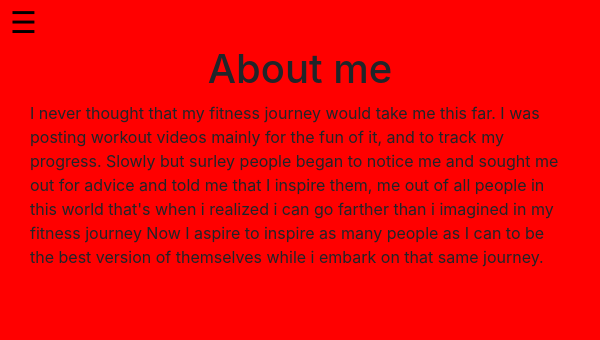
Repository: mamadont/MamadouFitnessWebsite
Page: pages-html/about-me.html
The author's editor kept a copy of each file at every save. The page is drawn from the files as they stood at one save, then again after the next save.
The browser window is 600 px wide. The pictures show the whole page.
Some web libraries are served in a nearby version.

Above is the page before, as saved 2020-07-08 23:07:56.

### pages-html/about-me.html
<!DOCTYPE html>
<html>

<head>
    <title>Mamadou Fitness</title>
    <link rel="stylesheet" href='../pages-css/about-me.css'>
    <meta name="viewport" content="width=device-width, initial-scale=1.0">

    <!-- Bootstrap -->
    <link rel="stylesheet" href="https://stackpath.bootstrapcdn.com/bootstrap/4.5.0/css/bootstrap.min.css" integrity="sha384-9aIt2nRpC12Uk9gS9baDl411NQApFmC26EwAOH8WgZl5MYYxFfc+NcPb1dKGj7Sk" crossorigin="anonymous">
    <!-- Animate.CSS-->
    <link rel="stylesheet" href="https://cdnjs.cloudflare.com/ajax/libs/animate.css/4.0.0/animate.min.css" />
    <!-- Font Awesome -->
    <script src="https://kit.fontawesome.com/0a51dc7bb6.js" crossorigin="anonymous"></script>
</head>

<body>
    <!-- Parent container-->
    <div id="main" class="bg animate__animated animate__slideInLeft">
        <!-- Hamburger Icon-->
        <span class="menu-icon" onclick="openNav()">&#9776; </span>

        <!-- About me content-->
        <div class="container">
            <!-- Header -->
            <div class="row justify-content-center">
                <h1 id="header"> About me</h1>
            </div>

            <!-- About me description -->
            <div id="about-me-desc" class="row justify-content-center">
                <div>
                    <p>I never thought that my fitness journey would take me this far. I was posting workout videos mainly for the fun of it, and to track my progress. Slowly but surley people began to notice me and sought me out for advice and told me that
                        I inspire them, me out of all people in this world that's when i realized i can go farther than i imagined in my fitness journey Now I aspire to inspire as many people as I can to be the best version of themselves while i embark
                        on that same journey.</p>
                </div>
            </div>

        </div>
    </div>

    <!-- Side menu-->
    <div id="myNav" class="overlay">
        <a href="javascript:void(0)" class="closebtn" onclick="closeNav()">&times;</a>
        <div class="overlay-content">
            <!-- Menu Options -->
            <a href="../index.html">Home</a>
            <a href="./pages-html/about-me.html">About me</a>
            <a href="./social-media.html">Social Media</a>
            <a href="#">Workout Programs</a>
            <a href="#">Shop</a>
            <a href="./contact-me.html">Apply for Coaching</a>
        </div>
    </div>

    <!-- Javascript for this page-->
    <script src="../scripts/script.js"></script>
    <!-- Necessary script tags for Bootstrap-->
    <script src="https://code.jquery.com/jquery-3.5.1.slim.min.js" integrity="sha384-DfXdz2htPH0lsSSs5nCTpuj/zy4C+OGpamoFVy38MVBnE+IbbVYUew+OrCXaRkfj" crossorigin="anonymous"></script>
    <script src="https://cdn.jsdelivr.net/npm/popper.js@1.16.0/dist/umd/popper.min.js" integrity="sha384-Q6E9RHvbIyZFJoft+2mJbHaEWldlvI9IOYy5n3zV9zzTtmI3UksdQRVvoxMfooAo" crossorigin="anonymous"></script>
    <script src="https://stackpath.bootstrapcdn.com/bootstrap/4.5.0/js/bootstrap.min.js" integrity="sha384-OgVRvuATP1z7JjHLkuOU7Xw704+h835Lr+6QL9UvYjZE3Ipu6Tp75j7Bh/kR0JKI" crossorigin="anonymous"></script>
</body>

</html>

### pages-css/about-me.css
/* Background Image */

body,
html {
    height: 100%;
    overflow-y: hidden;
    overflow-x: hidden;
}

.bg {
    /* The image used */
    background-color: #FF0000;
    /* Full height */
    height: 100%;
    /* Center and scale the image nicely */
    background-position: center;
    background-repeat: no-repeat;
    background-size: cover;
    z-index: -1;
}


/* Hamburger (Menu) icon */

.menu-icon {
    font-size: 30px;
    cursor: pointer;
    padding-left: 10px;
    color: black;
    height: 300px;
    width: 300px;
}


/* About me header */

#about-me-header {
    text-align: center;
}


/* Menu overlay */

.overlay {
    height: 100%;
    width: 0;
    position: fixed;
    z-index: 1;
    top: 0;
    left: 0;
    background-color: black;
    overflow-x: hidden;
    transition: 0.5s;
}

.overlay-content {
    position: relative;
    top: 25%;
    width: 100%;
    text-align: center;
    margin-top: 30px;
}

.overlay a {
    padding: 8px;
    text-decoration: none;
    font-size: 36px;
    color: #818181;
    display: block;
    transition: 0.3s;
}

.overlay a:hover,
.overlay a:focus {
    color: red;
    text-decoration: none;
}

.overlay .closebtn {
    position: absolute;
    top: 20px;
    right: 45px;
    font-size: 60px;
}

@media screen and (max-height: 450px) {
    .overlay a {
        font-size: 20px
    }
    .overlay .closebtn {
        font-size: 40px;
        top: 15px;
        right: 35px;
    }
}


/* About me content */

#header {
    text-align: center;
}

### scripts/script.js
function openNav() {
    // Changes width based on the width of the viewport (30% for larger screens, 100% for smaller screens)
    if (window.innerWidth < 1280) {
        document.getElementById("myNav").style.width = "100%";
    } else {
        document.getElementById("myNav").style.width = "30%";
    }

    document.getElementById("main").style.opacity = 0.5;



}

function closeNav() {
    document.getElementById("myNav").style.width = "0%";
    document.getElementById("main").style.opacity = 1.0
}

After the next save:
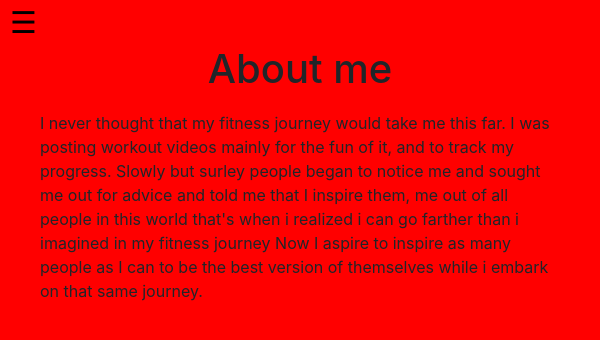
Saved 16 s later.
--- a/pages-css/about-me.css
+++ b/pages-css/about-me.css
@@ -100,3 +100,9 @@ html {
 #header {
     text-align: center;
 }
+
+@media(max-width: 767px) {
+    #about-me-desc {
+        padding: 10px;
+    }
+}
